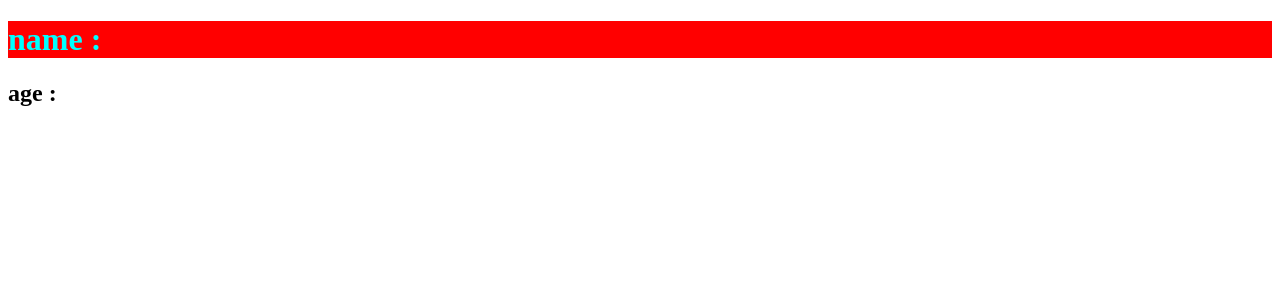
Repository: viveknaidu007/repo-117-ReactJS
Page: / (app in src/9.vivek/)
These files come from the project's save history. The page is drawn as it stood at one moment and after the next save; the edit follows.
The browser window is 1280 px wide. The pictures show the whole page.
The project was rebuilt for these pictures with package versions that can differ from the ones it lists, and the page was loaded fresh each time.

Above is the page before, as saved 2024-07-03 19:39:50.

### src/9.vivek/public/index.html
<!DOCTYPE html>
<html lang="en">
  <head>
    <meta charset="utf-8" />
    <link rel="icon" href="%PUBLIC_URL%/favicon.ico" />
    <meta name="viewport" content="width=device-width, initial-scale=1" />
    <meta name="theme-color" content="#000000" />
    <meta
      name="description"
      content="Web site created using create-react-app"
    />
    <link rel="apple-touch-icon" href="%PUBLIC_URL%/logo192.png" />
    <!--
      manifest.json provides metadata used when your web app is installed on a
      user's mobile device or desktop. See https://developers.google.com/web/fundamentals/web-app-manifest/
    -->
    <link rel="manifest" href="%PUBLIC_URL%/manifest.json" />
    <!--
      Notice the use of %PUBLIC_URL% in the tags above.
      It will be replaced with the URL of the `public` folder during the build.
      Only files inside the `public` folder can be referenced from the HTML.

      Unlike "/favicon.ico" or "favicon.ico", "%PUBLIC_URL%/favicon.ico" will
      work correctly both with client-side routing and a non-root public URL.
      Learn how to configure a non-root public URL by running `npm run build`.
    -->

    <link rel="stylesheet" href="./gstyle.css">

    <title>React App</title>
  </head>
  <body>
    <noscript>You need to enable JavaScript to run this app.</noscript>
    <div id="root"></div>
    <!--
      This HTML file is a template.
      If you open it directly in the browser, you will see an empty page.

      You can add webfonts, meta tags, or analytics to this file.
      The build step will place the bundled scripts into the <body> tag.

      To begin the development, run `npm start` or `yarn start`.
      To create a production bundle, use `npm run build` or `yarn build`.
    -->
  </body>
</html>

### src/9.vivek/src/index.js
import React from 'react';
import ReactDOM from 'react-dom/client';
import App from './App';


const root = ReactDOM.createRoot(document.getElementById('root'));

root.render(
  <App />
);

### src/9.vivek/src/App.js
import User from "./User"

function App() {
  return (
    <User />
  )
}

export default App

### src/9.vivek/src/User.js
function User(props) {
    console.log(props)
    return (
        <div>
            <h1> name : {props.name}</h1>
            <h2> age : {props.age}</h2>
        </div>
    )
}

export default User

### src/9.vivek/public/gstyle.css
h1{
    background-color: red;
    color:aqua;

}

After the next save:
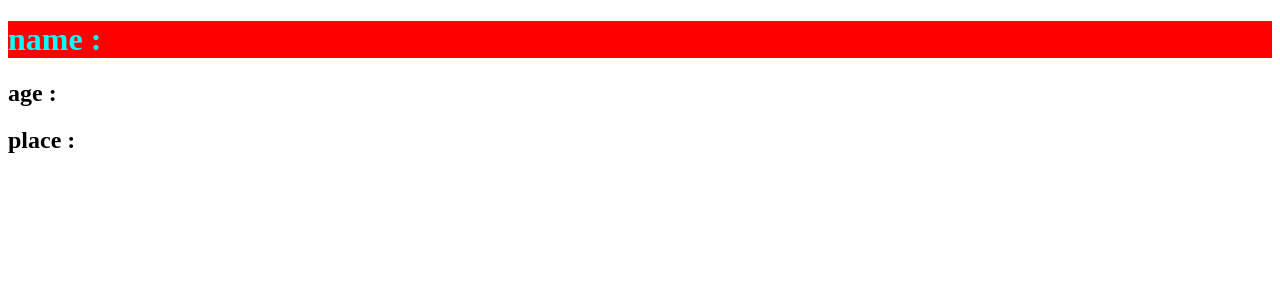
Saved 5 min 55 s later.
--- a/src/9.vivek/src/User.js
+++ b/src/9.vivek/src/User.js
@@ -1,9 +1,9 @@
 function User(props) {
-    console.log(props)
     return (
         <div>
             <h1> name : {props.name}</h1>
             <h2> age : {props.age}</h2>
+            <h2> place : {props.place}</h2>
         </div>
     )
 }
